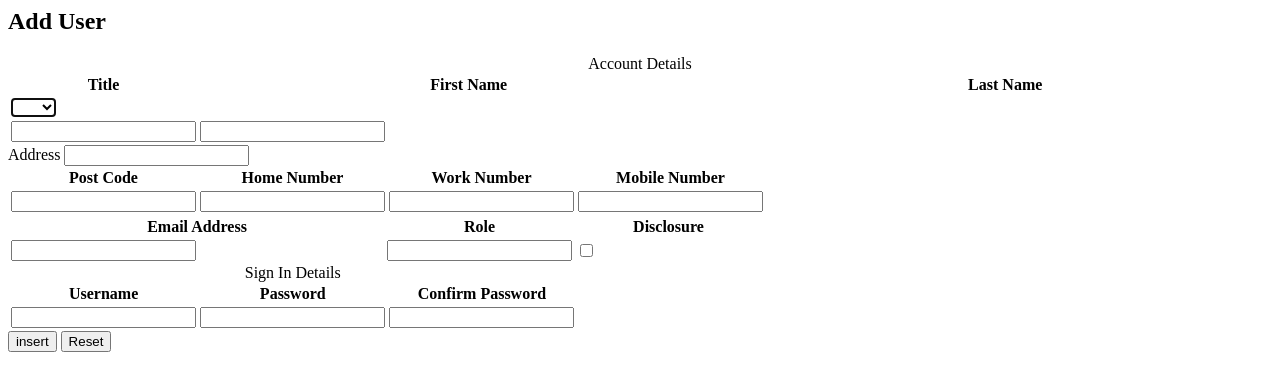
Repository: almastrutt/obanshire-cub-scouts
Page: http://localhost/includes/new_user.php
The author's editor kept a record of every edit. The page is drawn from the files as they stood at one moment, then again after the next edit.
The browser window is 1280 px wide. The pictures show the whole page.
The page is run by PHP 8.4 with error messages shown; the project is at /var/www/html/.

Above is the page before.

After the next edit:
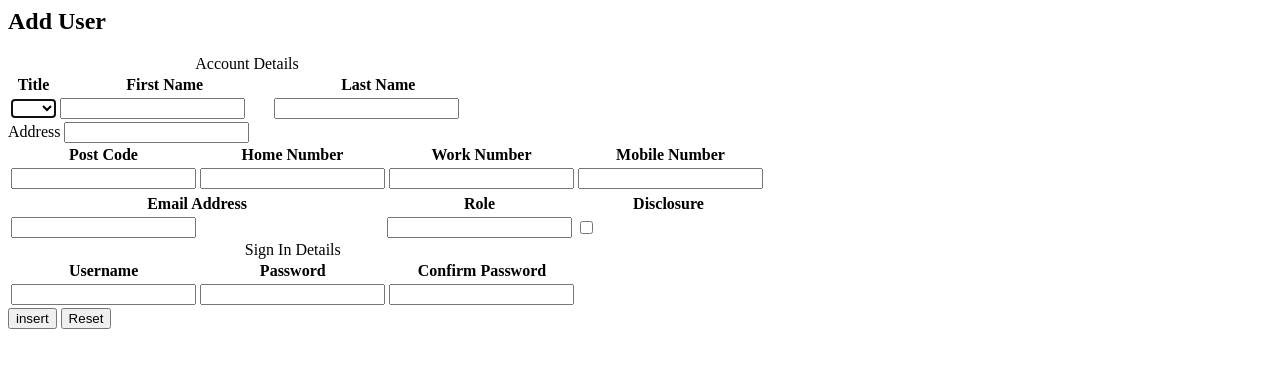
The edit:
--- a/includes/new_user.php
+++ b/includes/new_user.php
@@ -15,19 +15,16 @@
             <tr>
                 <td>
                     <select name="title" autofocus="autofocus">
-                        <option value=""></option>
-                        <option value="Mr">Mr</option>
-                        <option value="Miss">Ms</option>
-                        <option value="Mrs">Mrs</option>
-            <tbody>
-                <tr>
-                    <td><input type="text" name="fname" required="required" maxlength="10"/></td>
-                    <td><input type="text" name="lname" maxlength="15"/></td>
+                    <option value=""></option>
+                    <option value="Mr">Mr</option>
+                    <option value="Miss">Ms</option>
+                    <option value="Mrs">Mrs</option>
+                    </select>
+                </td>
+                <td><input type="text" name="fname" required="required"/></td>
+                    <td><input type="text" name="lname" required="required"/></td>
                 </tr>
             </tbody>
-
-                    </select>
-                </td>
         </tbody>
     </table>
 
